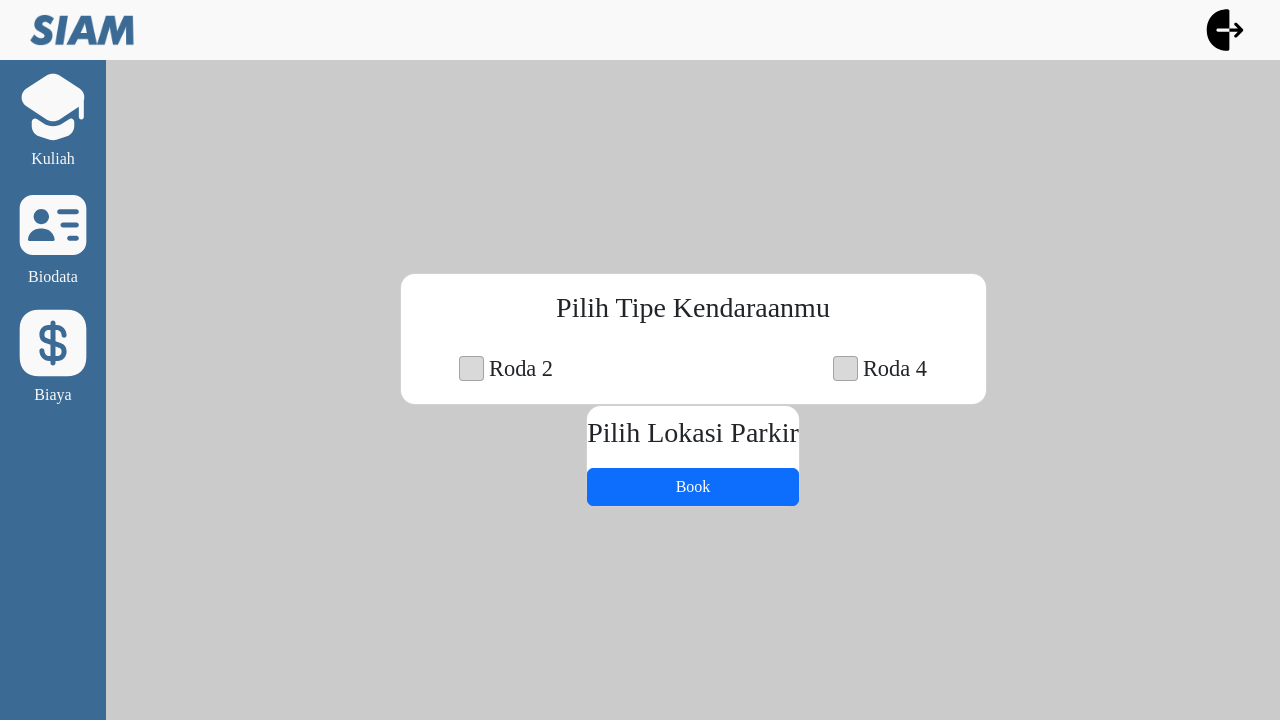
Repository: haikalirf/Project-IMK
Page: parkir.html
An editor plug-in stored every save of this project. The page is shown before and after the next save, followed by the edit.
The browser window is 1280 px wide. The pictures show the whole page.
Some web fonts or font styles are not loaded; a fallback is used.

Above is the page before, as saved 2022-12-12 23:02:55.

### parkir.html
<!DOCTYPE html>
<html lang="en">
<head>
	<meta charset="UTF-8">
	<meta http-equiv="X-UA-Compatible" content="IE=edge">
	<meta name="viewport" content="width=device-width, initial-scale=1.0">
	<title>SIAM</title>
	<link rel="icon" href="/assets/logo_ub.ico">
	<link rel="stylesheet" href="https://cdn.jsdelivr.net/npm/bootstrap@5.2.3/dist/css/bootstrap.min.css" integrity="sha384-rbsA2VBKQhggwzxH7pPCaAqO46MgnOM80zW1RWuH61DGLwZJEdK2Kadq2F9CUG65" crossorigin="anonymous">
	<link rel="stylesheet" href="/styles/parkir.css">
</head>
<body>
	<nav class="navbar" id="navbar">
		<a class="navbar-brand" href="/kuliah.html">
			<img id="navbar-image" src="/assets/SIAM.png" alt="SIAM">
		</a>
		<a class="navbar-link" href="landing.html">
			<img id="navbar-image" src="/assets/Logout.svg" alt="Logout">
		</a>
	</nav>
	<div class="mh-100" id="sidebar">
		<a class="btn" href="">
			<img id="sidebar-kuliah" src="/assets/Kuliah Logo.svg" alt="Kuliah">
			<label for="sidebar-kuliah">Kuliah</label>
		</a>
		<a class="btn" href="">
			<img id="sidebar-biodata" src="/assets/Biodata Logo.svg" alt="Biodata">
			<label for="sidebar-biodata">Biodata</label>
		</a>
		<a class="btn" href="">
			<img id="sidebar-biaya" src="/assets/Biaya Logo.svg" alt="Biaya">
			<label for="sidebar-biaya">Biaya</label>
		</a>
	</div>
	<main>
		<div class="card" id="cardTop">
			<h3 class="card-judul">Pilih Tipe Kendaraanmu</h3>
			<div class="d-flex justify-content-between" id="formRoda">
				<div class="form-check d-flex">
					<input class="form-check-input check-roda" type="checkbox" value="" id="checkRodaDua">
					<label class="form-check-label label-roda" for="checkRodaDua">
						Roda 2
					</label>
				</div>
				<div class="form-check d-flex">
					<input class="form-check-input check-roda" type="checkbox" value="" id="checkRodaEmpat">
					<label class="form-check-label label-roda" for="checkRodaEmpat">
						Roda 4
					</label>
				</div>
			</div>
		</div>
		<div class="card">
			<h3 class="card-judul">Pilih Lokasi Parkir</h3>
			<div class="d-flex align-content-around">
				<img src="" alt="">
			</div>
			<button type="button" class="btn btn-primary">Book</button>
		</div>
	</main>
	<script src="https://cdn.jsdelivr.net/npm/bootstrap@5.2.3/dist/js/bootstrap.bundle.min.js" integrity="sha384-kenU1KFdBIe4zVF0s0G1M5b4hcpxyD9F7jL+jjXkk+Q2h455rYXK/7HAuoJl+0I4" crossorigin="anonymous"></script>
	<script src="/scripts/parkir.js"></script>
</body>
</html>

### styles/parkir.css
/* CSS Reset */
/*
	Josh's Custom CSS Reset
	https://www.joshwcomeau.com/css/custom-css-reset/
*/
*, *::before, *::after {
	box-sizing: border-box;
}
  * {
	margin: 0;
}
html, body {
	height: 100%;
}
body {
	line-height: 1.5;
	-webkit-font-smoothing: antialiased;
}
img, picture, video, canvas, svg {
	display: block;
	max-width: 100%;
}
input, button, textarea, select {
	font: inherit;
}
p, h1, h2, h3, h4, h5, h6 {
	overflow-wrap: break-word;
}
#root, #__next {
	isolation: isolate;
}
/* CSS Reset ends */

body {
	background-color: #cbcbcb;
	font-family: 'readex';
	font-size: 16px;
}

@font-face {
	font-family: 'readex';
	src:url('/assets/fonts/ReadexPro-Medium.ttf');
}

#navbar {
	display: flex;
	justify-content: space-between;
	position: fixed;
	background-color: #f9f9f9;
	z-index: 1;
	width: 100%;
	padding: 0px 30px;
}

#navbar-image {
	height: 50px;
}

main {
	padding-top: 60px;
	padding-left: 106px;
	display: flex;
	flex-direction: column;
	justify-content: center;
	align-items: center;
	height: 100vh;
}

#sidebar {
	background-color: #3b6a94;
	display: flex;
	flex-direction: column;
	flex: 1;
	position: fixed;
	height: 100vh;
	padding-top: 60px;
}

#sidebar img {
	width: 80px;
	height: 80px;
}

a img, a label {
	color: #f9f9f9;
}

.card {
	border-radius: 15px;
}

#cardTop {
	width: 50%;
	height: 20%;
	display: flex;
	justify-content: center;
}

.card-judul {
	align-self: center;
	padding: 10px 0px;
}

#formRoda {
	padding: 10px 10%;
}

.check-roda {
	width: 25px;
	height: 25px;
	background-color: #D9D9D9;
}

.label-roda {
	margin-left: 5px;
	font-size: 1.4em;
}

Loaded but not shown: scripts/parkir.js (no stored copy; drawn as an empty file)

After the next save:
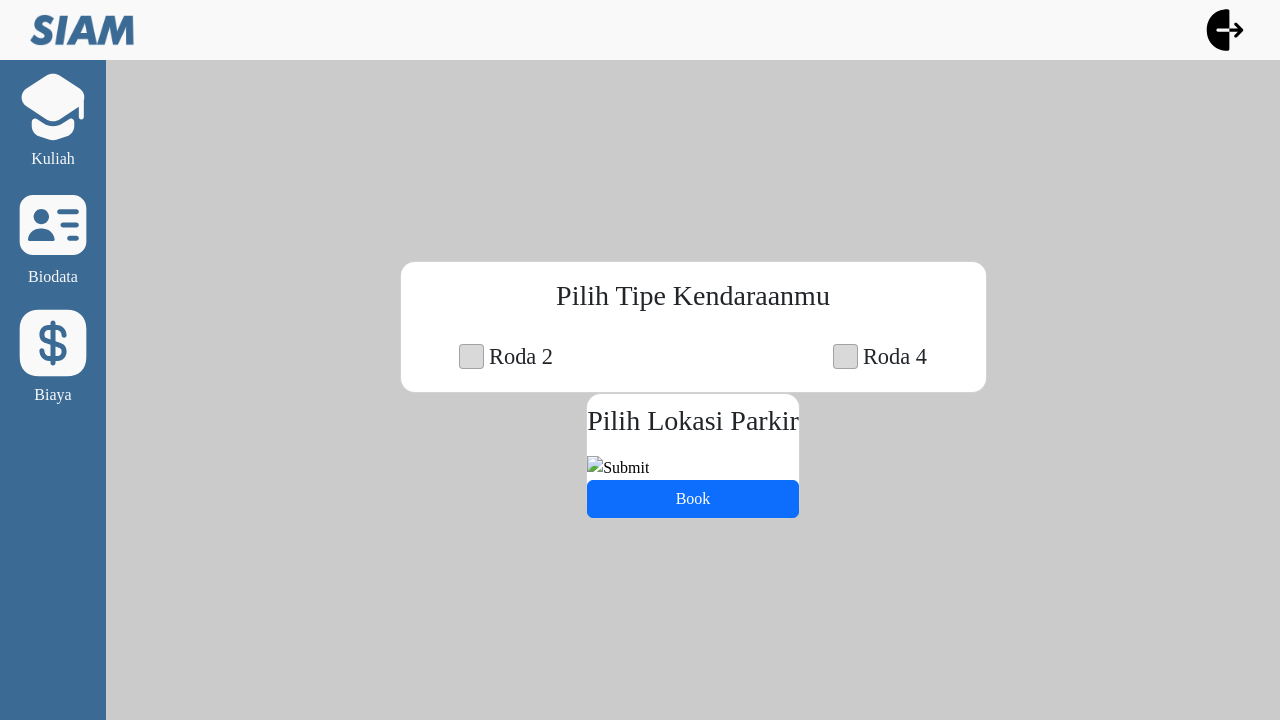
Saved 58 s later.
--- a/parkir.html
+++ b/parkir.html
@@ -53,7 +53,7 @@
 		<div class="card">
 			<h3 class="card-judul">Pilih Lokasi Parkir</h3>
 			<div class="d-flex align-content-around">
-				<img src="" alt="">
+				<input type="image">
 			</div>
 			<button type="button" class="btn btn-primary">Book</button>
 		</div>
